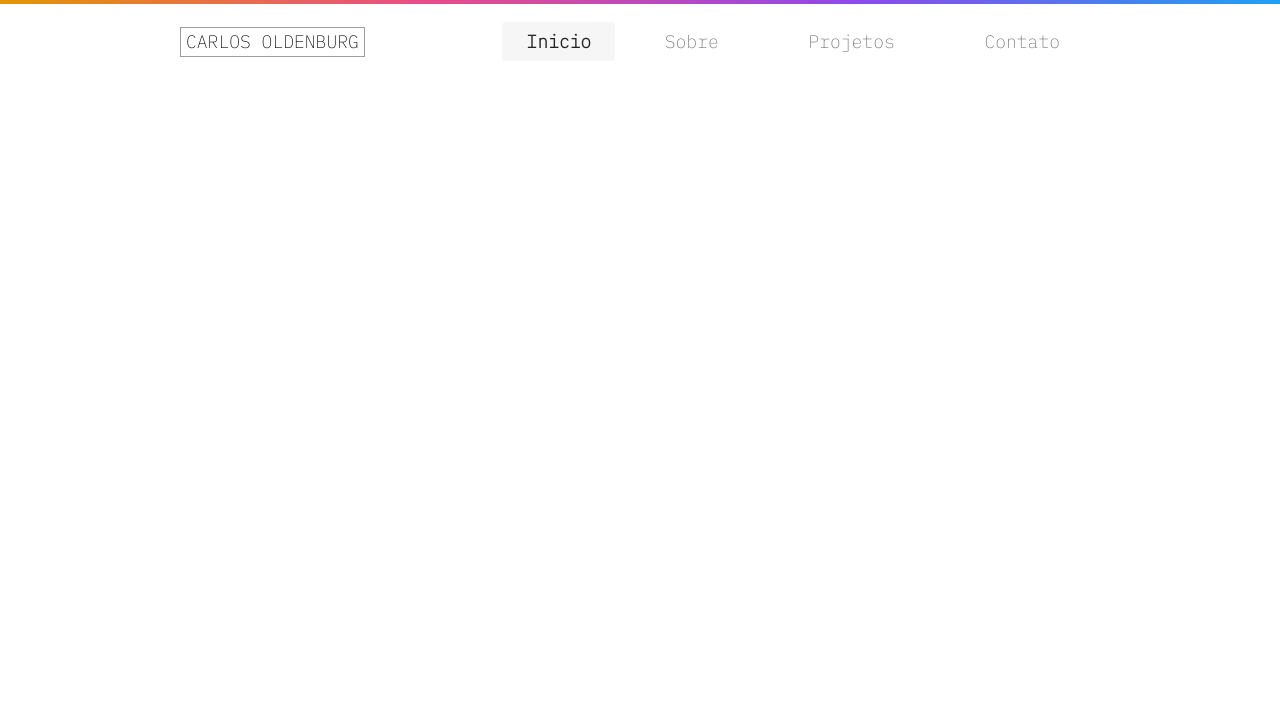
Repository: Carolden/PortfolioCrie
Page: index.html
The author's editor kept a copy of each file at every save. The page is drawn from the files as they stood at one save, then again after the next save.
The browser window is 1280 px wide. The pictures show the whole page.

Above is the page before, as saved 2023-05-22 10:34:14.

After the next save:
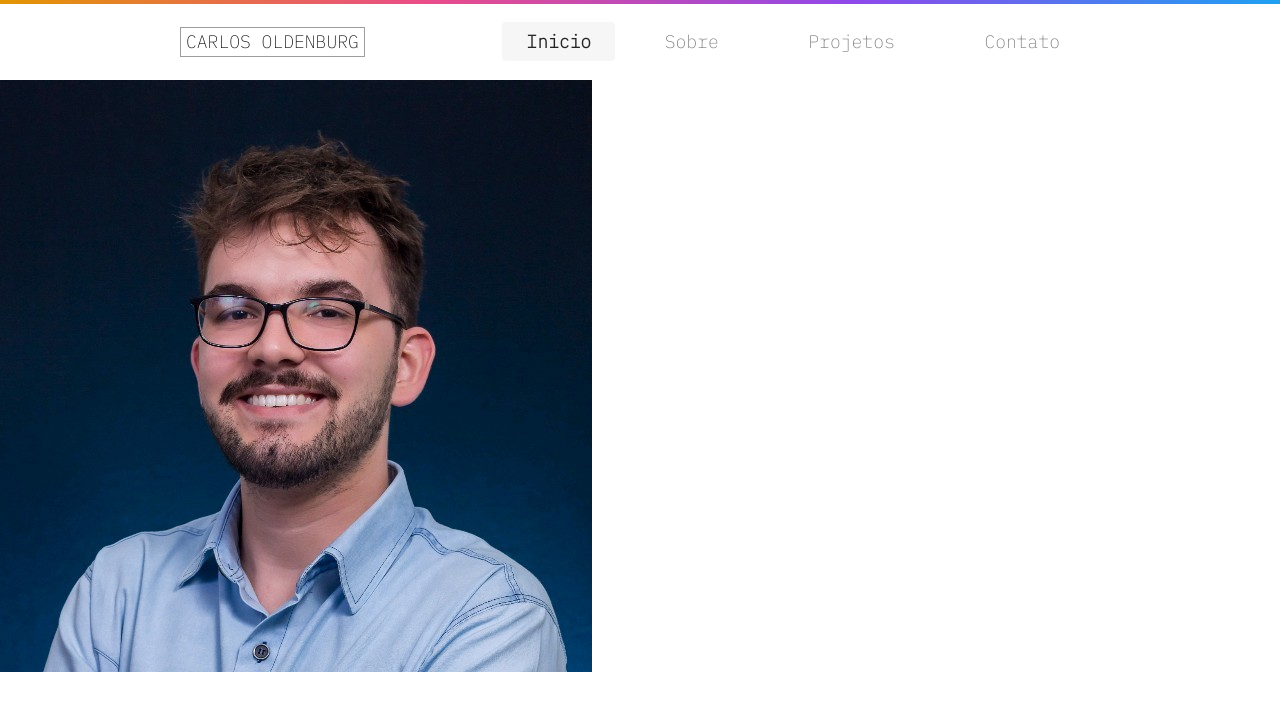
Saved 3 min 38 s later.
--- a/index.html
+++ b/index.html
@@ -37,6 +37,9 @@
 
     </header>
 
+    <section>
+        <img src="images/imagem.jpeg" alt="foto">
+    </section>
 
 
 
